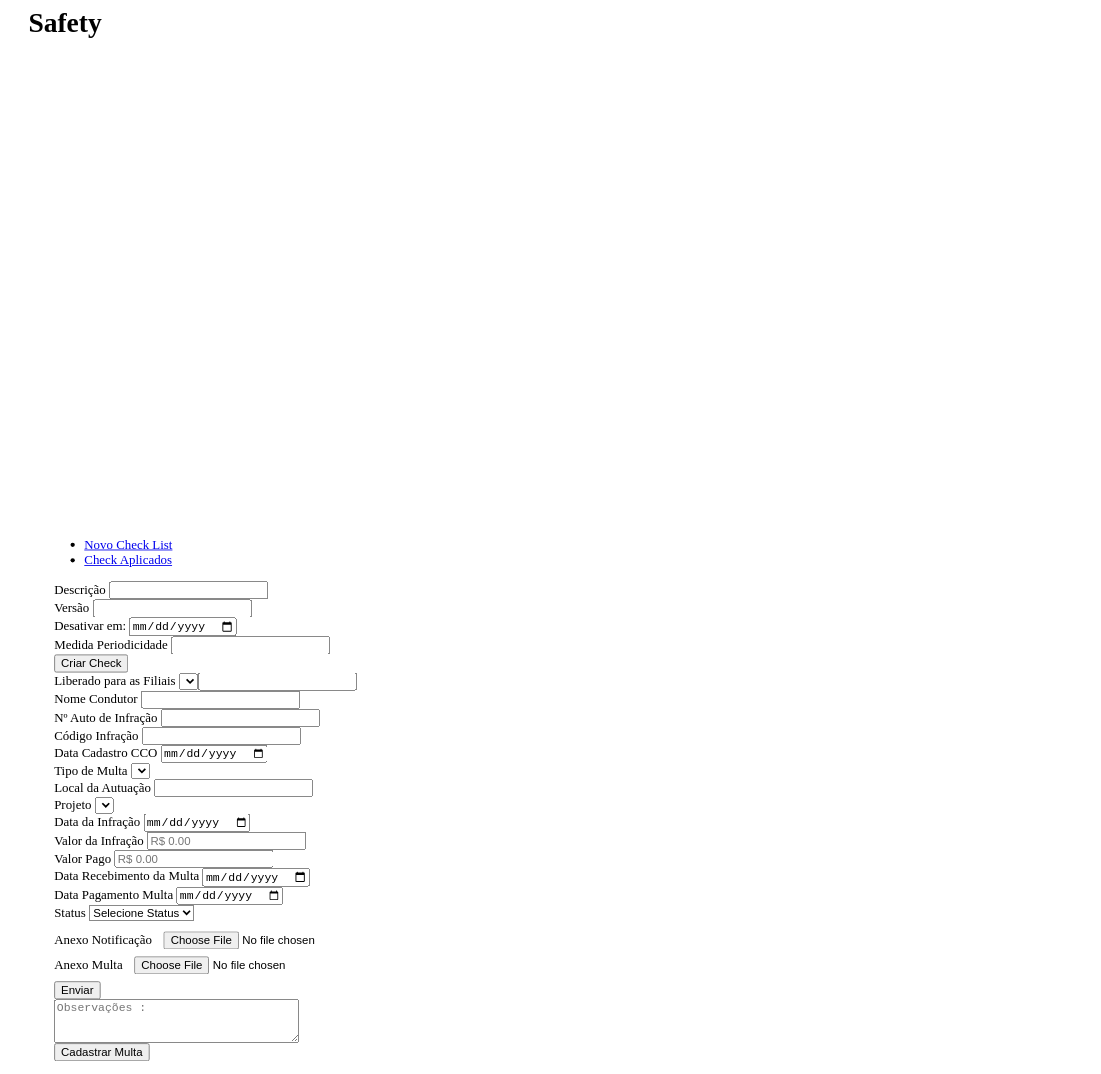
Repository: Conlog-SA/portal_operacional
Page: apps/safety_layout_checklist_app/templates/safety_layout_checklist_app/form_cad_layout_checklist.html
The author's editor kept a copy of each file at every save. The page is drawn from the files as they stood at one save, then again after the next save.
The browser window is 1280 px wide. The pictures show the whole page, at 86% of full size.
The template is drawn by Django 3.2. The application's start-up code is not run. Other server files are loaded and not shown. The template is opened directly, without the code that normally fills it, so the values that code supplies are empty.

Above is the page before, as saved 2023-11-14 15:51:41.

### apps/safety_layout_checklist_app/templates/safety_layout_checklist_app/form_cad_layout_checklist.html
{% load static %}

{% block link_static_css %}
    <link rel="stylesheet" href="{% static 'css/cores.css' %}" />
    <link rel="stylesheet" href="{% static 'css/toggle_switch.css' %}" />
    <link rel="stylesheet" href="{% static 'css/loader.css' %}" />
    <link rel="stylesheet" href="{% static 'css/seguranca_safety_app/seguranca_safety.css' %}" />
    <script src="https://code.jquery.com/jquery-3.6.0.min.js"></script>
{% endblock %}

<div class="d-flex flex-column h-100 align-items-center justify-content-start text-white w-100" style="margin-right: 0px; width:100%;">
   <div class="mt-3 d-flex align-items-end justify-content-between div_Titulo" style="padding-bottom:15px; margin-left:25px;">
       <div class="d-flex align-items-center justify-content-center">
            <i class="fa-solid fa-truck-fast" style="font-size:50px; margin-left:0px; margin-right:15px; color:#cf6a15;"></i>
           <h1 class="titlePadraoMenu" style="margin-left:0px;">Safety</h1>
       </div>
       <img class="logo_cabecalho" src="{% static 'icons/logo-branca.png' %}" >
   </div>
   <div class="container-app col-md-12">
      <div class="form-group cl_div_tabela_principal_pagina" style="padding-top:0px;padding-left:0px;margin-left: 50px;margin-right: 25px; background-color:white" >
        <div class="header-table">
            <ul class="nav nav-tabs" id="myTab" role="tablist">
               <li class="nav-item">
                  <a class="nav-link active tabs-nav" id="a_tab_novo_check" data-toggle="tab"
                     href="#div_tab_new_check" role="tab"
                     aria-controls="div_tab_new_check"
                     aria-selected="false" style="border-radius:0px 0px 0 0; font-size:15px">
                     Novo Check List
                     <i class="fa-solid fa-filter" style="color: #f46424;"></i>
                  </a>
              </li>
              <li class="nav-item">
                  <a class="nav-link tabs-nav" id="a_tab_check_criados" data-toggle="tab"
                     href="#div_check_criados" role="tab"
                     aria-controls="div_check_criados"
                     aria-selected="false" style="border-radius:0px 0px 0 0; font-size:15px" >
                     Check Aplicados
                    <i class="fa-solid fa-pen-to-square" style="color: #f46424"></i>
                  </a>
              </li>
            </ul>
         </div>
         <div class="tab-content" style="border-radius:0 0 10px 10px; font-size:15px">
            <div class="tab-pane active" id="div_tab_new_check" role="tabpanel" aria-labelledby="div_tab_new_check" style="padding-left:5px;">
               <form class="new-check-list">
                  <div class="row">
                     <div class="form-group col-sm-12">
                       <label for="descricao_new_check"> Descrição </label>
                       <input type="text" class="form-control" id="descricao_new_check">
                     </div>
                     <div class="form-group col-sm-4">
                       <label for="versao_new_check">Versão</label>
                       <input type="text" class="form-control" id="versao_new_check">
                     </div>
                     <div class="form-group col-sm-4">
                       <label for="desativar_new_check_date">Desativar em:</label>
                       <input type="date" class="form-control" id="desativar_new_check_date">
                     </div>
                     <div class="form-group col-sm-4">
                       <label for="periodicidade_new_check">Medida Periodicidade</label>
                       <input type="text" class="form-control" id="periodicidade_new_check">
                     </div>
                     <div class="form-group col-sm-12 d-flex justify-content-end">
                        <button type="button" class="btn btn-primary btn-form" id="btn_new_check" name="btn_new_check"> Criar Check</button>
                     </div>
                     <div class="form-group col-sm-12">
                        <label for="liberacao_filiais">Liberado para as Filiais</label>
                        <select name="liberacao_filiais" class="form-control" id="liberacao_filiais">
                     </div>
                  </div>
               </form>
            </div>
            <div class="tab-pane" id="div_check_criados" role="tabpanel" aria-labelledby="a_tab_check_criados">
               <form id="form_cadastro_multas" name="form_cadastro_multas" method="POST" style="margin-left:10px; margin-right:10px;">
                  <div class="row">
                     <div class="form-group col-sm-4">
                        <label for="txt_placa">Placa</label>
                        <input type="text" class="form-control" id="txt_placa" required>
                     </div>
                     <div class="form-group col-sm-4">
                        <label for="input_nome_condutor">Nome Condutor</label>
                        <input type="text" class="form-control" id="input_nome_condutor">
                     </div>
                     <div class="form-group col-sm-4">
                        <label for="input_auto_infracao">Nº Auto de Infração</label>
                           <input type="text" class="form-control" id="input_auto_infracao" name="input_auto_infracao">
                     </div>
                     <div class="form-group col-sm-2">
                        <label for="input_codigo_infracao">Código Infração</label>
                           <input type="text" class="form-control" id="input_codigo_infracao" name="input_codigo_infracao">
                     </div>
                     <div class="form-group col-sm-2">
                        <label for="select_dt_cad_cco">Data Cadastro CCO</label>
                        <input type="date" class="form-control" id="select_dt_cad_cco">
                     </div>
                     <div class="form-group col-sm-4">
                        <label for="select_tipo_multa">Tipo de Multa</label>
                        <select class="selectpicker form-control" id="select_tipo_multa" name="select_tipo_multa" placeholder="Tipo de multa" required>
                           {% for tipo_multa in lista_tipo_multa %}
                              <option value="{{tipo_multa.cod_tipo_multa}}">
                                 {{tipo_multa.desc_multa}}
                              </option>
                           {% endfor %}
                        </select>
                     </div>
                     <div class="form-group col-sm-4">
                        <label for="input_local_autuacao">Local da Autuação</label>
                        <input type="text" class="form-control" id="input_local_autuacao" name="input_local_autuacao">
                     </div>
                     <div class="form-group col-sm-2">
                        <label for="input_proj" > Projeto </label>
                        <select class="selectpicker form-control" id="input_proj" name="input_proj" placeholder="Projeto" required>
                           {% for projeto in lista_projetos %}
                              <option value="{{projeto.cod_projeto}}" >
                                 {{projeto.desc_proj}}
                              </option>
                           {% endfor %}
                        </select>
                     </div>
                     <div class="form-group col-sm-2">
                        <label for="input_data_infracao">Data da Infração</label>
                        <input type="date" class="form-control" id="input_data_infracao" name="input_data_infracao">
                     </div>
                     <div class="form-group col-sm-2">
                        <label for="input_valor_infracao"> Valor da Infração </label>
                        <input type="number" class="form-control" id="input_valor_infracao" name="input_valor_infracao" placeholder="R$ 0.00">
                     </div>
                     <div class="form-group col-sm-2">
                        <label for="input_valor_pago_infracao"> Valor Pago</label>
                        <input type="number" class="form-control" id="input_valor_pago_infracao" name="input_valor_pago_infracao"  placeholder="R$ 0.00">
                     </div>
                     <div class="form-group col-sm-2">
                        <label for="select_data_receb_multa">Data Recebimento da Multa</label>
                        <input type="date" class="form-control" id="select_data_receb_multa">
                     </div>
                     <div class="form-group col-sm-2">
                        <label for="dt_pagamento_multa">Data Pagamento Multa</label>
                        <input type="date" class="form-control" id="dt_pagamento_multa" name="inputDatePag">
                     </div>
                     <div class="form-group col-sm-4">
                        <label for="select_status_multa">Status</label>
                        <select class="form-control" id="select_status_multa" name="select_status_multa" style="margin-bottom:12px">
                           <option selected>Selecione Status</option>
                           <option value="andamento">Em Andamento</option>
                           <option value="finalizado">Finalizado</option>
                        </select>
                     </div>
                     <form method="post" enctype="multipart/form-data" action="{% url 'anexar_itens' %}">
                        {% csrf_token %}
                        <div class="form-group col-sm-4 d-flex align-items-end" style="margin-bottom:8px">
                           <label for ="myfile" style="margin-right:10px ; font-weight:ligther">Anexo Notificação</label>
                           <input type="file" id="notificacao" name="notificacao" style="padding-right:340px">
                        </div>
                        <div class="form-group col-sm-4 d-flex align-items-end" style="margin-bottom:8px">
                           <label for ="myfile" style="margin-right:10px; font-weight:ligther"; >Anexo Multa</label>
                           <input type="file" id="multa" name="multa" style="padding-right:340px">
                        </div>
                        <button type="submit"> Enviar </button>
                     </form>
                     {% if notificacao_file %}
                        <a href="{% url 'download_arquivo' 'notificacao' %}">Baixar Notificação</a>
                     {% endif %}
                     {% if multa_file %}
                        <a href="{% url 'download_arquivo' 'multa' %}">Baixar Multa</a>
                     {% endif %}
                     <div class="row">
                        <div class="form-group col-sm-8">
                           <label for="txt_obs"></label>
                           <textarea class="form-control" id="txt_obs" rows="3" cols="33"  placeholder="Observações :"></textarea>
                        </div>
                        <div class="form-group col-sm-3 d-flex align-items-end">
                           <button class="btn btn-primary btn-form" type="button" id ="btn_cadastrar_multa" name="btn_cadastrar_multa" value="0">
                              Cadastrar Multa
                              <i class="fa-regular fa-bookmark"></i>
                           </button>
                        </div>
                     </div>
                  </div>
               </form>
            </div>
         </div>
      </div>
   </div>
</div>


<script src="{% static 'controllers/cco_multas_app/cad_multas_controller.js' %}"></script>
<script src="{% static 'libs/bootstrap_4/js/bootstrap.min.js' %}"></script>

### static/css/cores.css
:root{
    --cor_bg_login: rgba(24, 27, 30, 0.90);
    --cor_cinza_escuro: #515457;
    --cor_cinza_claro: #9fa3a7;
    --cor_cinza_claro2: #d0d0d0;
    --cor_branco: #e6e4e4;
    --cor_bg_solido: #181b1e;
    --cor_bg_solido_claro:#343537;
    --cor_bg_cinza_escuro: rgba(33,37,41,0.9) !important;
    --cor_bg_cinza_escuro_cabecalho: rgba(33,37,41,0.7) !important;
    --cor_bg_modais_body: #DCDCDC;

    --cor_empresa: #f46424;
    --cor_empresa_hover: #df5b23;
    --cor_empresa_active: #b24110;

    --bs-accordion-btn-focus-box-shadow_custom: 0 0 0 0.25rem rgba(244, 100, 36, 0.25);

    --bs-accordion-btn-active-icon_custom:url('');

    --cor_card_chamado_hover: #ccccce;
    --cor_card_chamado_active: #999999;
    --cor_chamado_emergencial: #b30f04;
    --cor_branco: #fff;
    /* --cor_branco_escuro: #969393; */
    --cor_card_a_atender: #e3f8f5;
    --cor_card_atendendo: #e1ffe4;;
    --cor_card_em_espera: #fdf9c6;
}

### static/css/toggle_switch.css
/* Remove this container when use*/
.component-title {
    width: 100%;
    position: absolute;
    z-index: 999;
    top: 30px;
    left: 0;
    padding: 0;
    margin: 0;
    font-size: 1rem;
    font-weight: 700;
    color: #888;
    text-align: center;
  }

  /* The switch - the box around the slider */
  .container {
    width: 77px;
    height: 31px;
    position: relative;
  }

  /* Hide default HTML checkbox */
  .checkbox {
    opacity: 0;
    width: 0;
    height: 0;
    position: absolute;
  }

  .switch {
    width: 100%;
    height: 100%;
    display: block;
    background-color: #e9e9eb;
    border-radius: 16px;
    cursor: pointer;
    transition: all 0.2s ease-out;
  }

  /* The slider */
  .slider {
    width: 27px;
    height: 27px;
    position: absolute;
    left: calc(50% - 27px/2 - 10px);
    top: calc(50% - 27px/2);
    border-radius: 50%;
    background: #FFFFFF;
    box-shadow: 0px 3px 8px rgba(0, 0, 0, 0.15), 0px 3px 1px rgba(0, 0, 0, 0.06);
    transition: all 0.2s ease-out;
    cursor: pointer;
  }

  .checkbox:checked + .switch {
    background-color: #f46424;
  }

  .checkbox:checked + .switch .slider {
    left: calc(50% - 27px/2 + 10px);
    top: calc(50% - 27px/2);
  }

  .cursor-pointer{
    cursor: pointer;
  }

### static/css/loader.css
.loader {
  /* display: flex; */
  margin-left: 1.5rem;
  align-items: center;
  /* width: 50px;
  height: 50px; */
  position: relative;
  display: none;
}

.loader:before {
  align-items: center;
  display: flex;
  content: "";
    position: absolute;
    top: -10px;
    left: -10px;
    right: -10px;
    bottom: -10px;
    border-radius: 50%;
    /* width: 50px;
    height: 50px; */
  }

  .loader-inner {
    display: flex;
    justify-content: center;
    align-items: center;
    position: relative;
  }

  .loader-block {
    display: inline-block;
    width: 10px;
    height: 10px;
    margin: 2px;
    background-color: #f46424;
    box-shadow: 0 0 20px #f46424;
    animation: loader_562 1.2s cubic-bezier(0.5, 0, 0.5, 1) infinite;
  }

  .loader-block:nth-child(1) {
    animation-delay: 0.1s;
  }

  .loader-block:nth-child(2) {
    animation-delay: 0.2s;
  }

  .loader-block:nth-child(3) {
    animation-delay: 0.3s;
  }

  .loader-block:nth-child(4) {
    animation-delay: 0.4s;
  }

  .loader-block:nth-child(5) {
    animation-delay: 0.5s;
  }

  .loader-block:nth-child(6) {
    animation-delay: 0.6s;
  }

  .loader-block:nth-child(7) {
    animation-delay: 0.7s;
  }

  .loader-block:nth-child(8) {
    animation-delay: 0.8s;
  }

  @keyframes loader_562 {
    0% {
      transform: scale(1);
      box-shadow: 0 0 20px rgba(255, 255, 255, 0.5);
    }

    20% {
      transform: scale(1, 2.5);
      box-shadow: 0 0 50px rgba(255, 255, 255, 0.7);
    }

    40% {
      transform: scale(1);
      box-shadow: 0 0 20px rgba(255, 255, 255, 0.5);
    }
  }

Loaded but not shown: static/libs/bootstrap_4/js/bootstrap.min.js (library); static/controllers/cco_multas_app/cad_multas_controller.js (275 lines, source omitted); static/css/seguranca_safety_app/seguranca_safety.css (no copy from this time; the picture is the same without it)

After the next save:
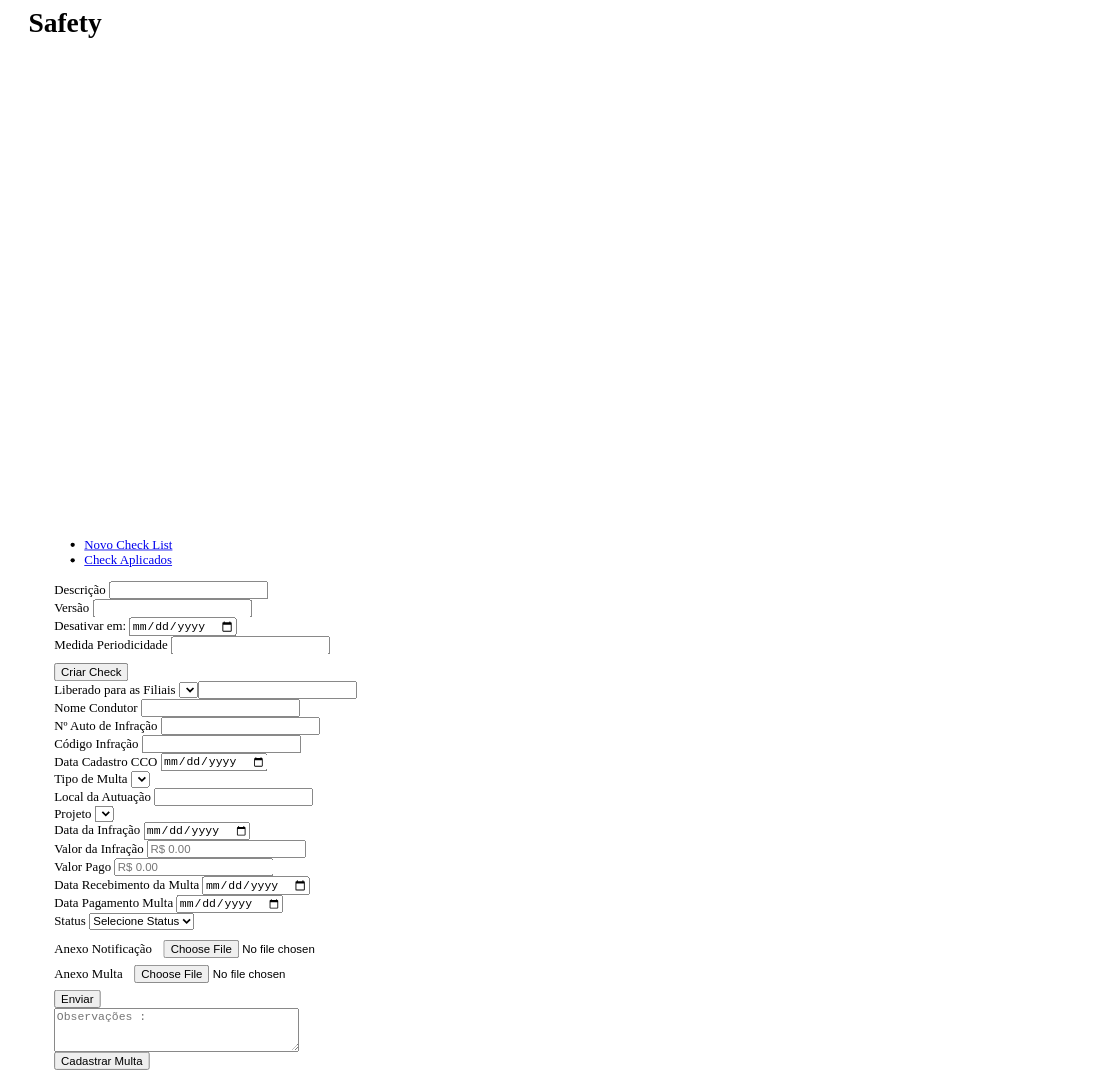
Saved 27 s later.
--- a/apps/safety_layout_checklist_app/templates/safety_layout_checklist_app/form_cad_layout_checklist.html
+++ b/apps/safety_layout_checklist_app/templates/safety_layout_checklist_app/form_cad_layout_checklist.html
@@ -60,7 +60,7 @@
                        <label for="periodicidade_new_check">Medida Periodicidade</label>
                        <input type="text" class="form-control" id="periodicidade_new_check">
                      </div>
-                     <div class="form-group col-sm-12 d-flex justify-content-end">
+                     <div class="form-group col-sm-12 d-flex justify-content-end" style="margin-top:10px">
                         <button type="button" class="btn btn-primary btn-form" id="btn_new_check" name="btn_new_check"> Criar Check</button>
                      </div>
                      <div class="form-group col-sm-12">
